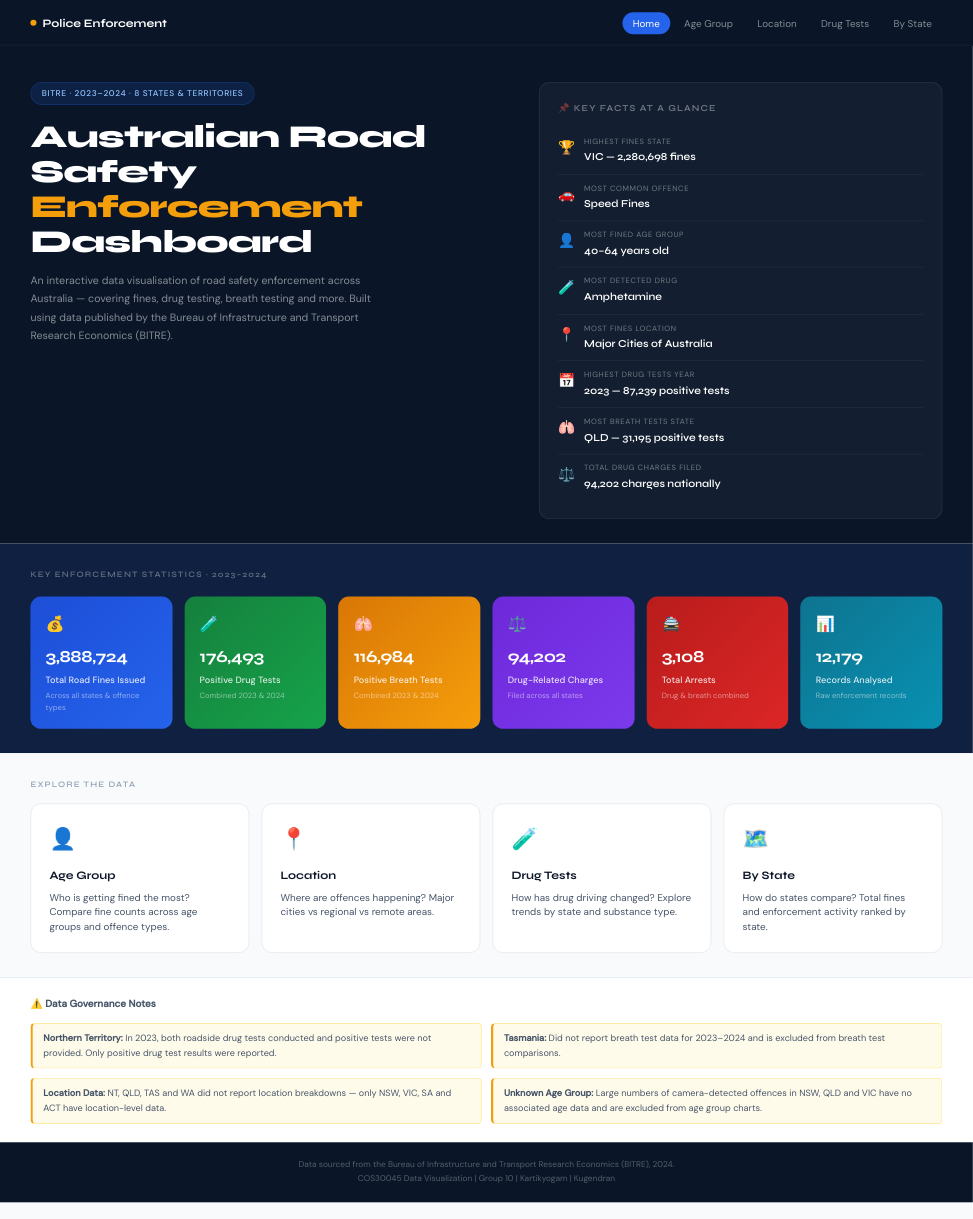
Repository: j26046183-hue/COS30045-GROUP-ASSIGNMENT
Page: index.html
An editor plug-in stored every save of this project. The page is shown before and after the next save, followed by the edit.
The browser window is 1280 px wide. The pictures show the whole page, at 76% of full size.

Above is the page before, as saved 2026-06-05 15:34:43.

After the next save:
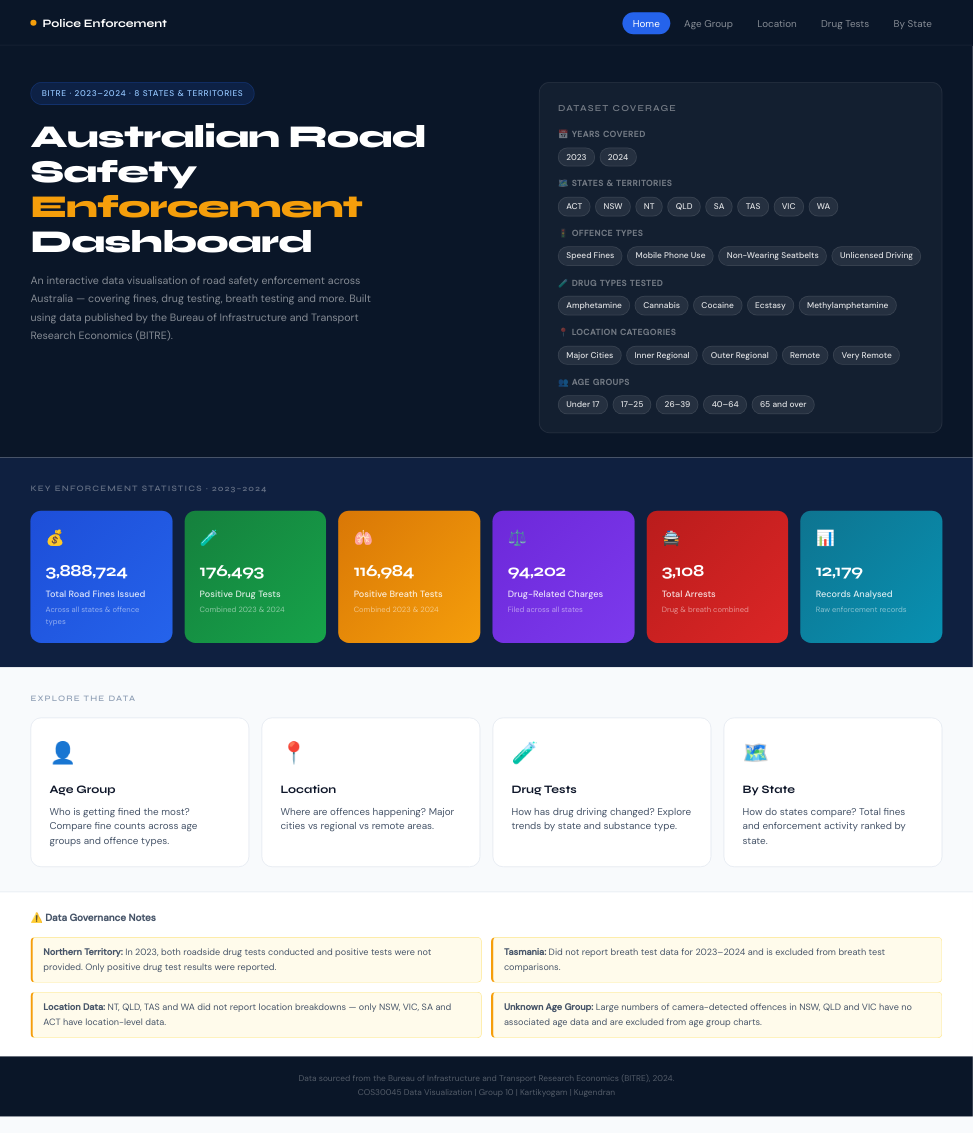
Saved 26 s later.
--- a/index.html
+++ b/index.html
@@ -37,69 +37,70 @@
             </div>
             <div class="home-hero-right">
                 <div class="data-coverage">
-                    <div class="coverage-title">📌 Key Facts at a Glance</div>
-
-                    <div class="key-fact">
-                        <span class="key-fact-icon">🏆</span>
-                        <div class="key-fact-content">
-                            <div class="key-fact-label">Highest Fines State</div>
-                            <div class="key-fact-value">VIC — 2,280,698 fines</div>
-                        </div>
-                    </div>
-
-                    <div class="key-fact">
-                        <span class="key-fact-icon">🚗</span>
-                        <div class="key-fact-content">
-                            <div class="key-fact-label">Most Common Offence</div>
-                            <div class="key-fact-value">Speed Fines</div>
-                        </div>
-                    </div>
-
-                    <div class="key-fact">
-                        <span class="key-fact-icon">👤</span>
-                        <div class="key-fact-content">
-                            <div class="key-fact-label">Most Fined Age Group</div>
-                            <div class="key-fact-value">40–64 years old</div>
-                        </div>
-                    </div>
-
-                    <div class="key-fact">
-                        <span class="key-fact-icon">🧪</span>
-                        <div class="key-fact-content">
-                            <div class="key-fact-label">Most Detected Drug</div>
-                            <div class="key-fact-value">Amphetamine</div>
-                        </div>
-                    </div>
-
-                    <div class="key-fact">
-                        <span class="key-fact-icon">📍</span>
-                        <div class="key-fact-content">
-                            <div class="key-fact-label">Most Fines Location</div>
-                            <div class="key-fact-value">Major Cities of Australia</div>
-                        </div>
-                    </div>
-
-                    <div class="key-fact">
-                        <span class="key-fact-icon">📅</span>
-                        <div class="key-fact-content">
-                            <div class="key-fact-label">Highest Drug Tests Year</div>
-                            <div class="key-fact-value">2023 — 87,239 positive tests</div>
-                        </div>
-                    </div>
-
-                    <div class="key-fact">
-                        <span class="key-fact-icon">🫁</span>
-                        <div class="key-fact-content">
-                            <div class="key-fact-label">Most Breath Tests State</div>
-                            <div class="key-fact-value">QLD — 31,195 positive tests</div>
-                        </div>
-                    </div>
-
-                    <div class="key-fact">
-                        <span class="key-fact-icon">⚖️</span>
-                        <div class="key-fact-content">
-                            <div class="key-fact-label">Total Drug Charges Filed</div>
-                            <div class="key-fact-value">94,202 charges nationally</div>
+                    <div class="coverage-title">Dataset Coverage</div>
+
+                    <div class="coverage-block">
+                        <div class="coverage-block-title">📅 Years Covered</div>
+                        <div class="coverage-tags">
+                            <span class="coverage-tag">2023</span>
+                            <span class="coverage-tag">2024</span>
+                        </div>
+                    </div>
+
+                    <div class="coverage-block">
+                        <div class="coverage-block-title">🗺️ States & Territories</div>
+                        <div class="coverage-tags">
+                            <span class="coverage-tag">ACT</span>
+                            <span class="coverage-tag">NSW</span>
+                            <span class="coverage-tag">NT</span>
+                            <span class="coverage-tag">QLD</span>
+                            <span class="coverage-tag">SA</span>
+                            <span class="coverage-tag">TAS</span>
+                            <span class="coverage-tag">VIC</span>
+                            <span class="coverage-tag">WA</span>
+                        </div>
+                    </div>
+
+                    <div class="coverage-block">
+                        <div class="coverage-block-title">🚦 Offence Types</div>
+                        <div class="coverage-tags">
+                            <span class="coverage-tag">Speed Fines</span>
+                            <span class="coverage-tag">Mobile Phone Use</span>
+                            <span class="coverage-tag">Non-Wearing Seatbelts</span>
+                            <span class="coverage-tag">Unlicensed Driving</span>
+                        </div>
+                    </div>
+
+                    <div class="coverage-block">
+                        <div class="coverage-block-title">🧪 Drug Types Tested</div>
+                        <div class="coverage-tags">
+                            <span class="coverage-tag">Amphetamine</span>
+                            <span class="coverage-tag">Cannabis</span>
+                            <span class="coverage-tag">Cocaine</span>
+                            <span class="coverage-tag">Ecstasy</span>
+                            <span class="coverage-tag">Methylamphetamine</span>
+                        </div>
+                    </div>
+
+                    <div class="coverage-block">
+                        <div class="coverage-block-title">📍 Location Categories</div>
+                        <div class="coverage-tags">
+                            <span class="coverage-tag">Major Cities</span>
+                            <span class="coverage-tag">Inner Regional</span>
+                            <span class="coverage-tag">Outer Regional</span>
+                            <span class="coverage-tag">Remote</span>
+                            <span class="coverage-tag">Very Remote</span>
+                        </div>
+                    </div>
+
+                    <div class="coverage-block">
+                        <div class="coverage-block-title">👥 Age Groups</div>
+                        <div class="coverage-tags">
+                            <span class="coverage-tag">Under 17</span>
+                            <span class="coverage-tag">17–25</span>
+                            <span class="coverage-tag">26–39</span>
+                            <span class="coverage-tag">40–64</span>
+                            <span class="coverage-tag">65 and over</span>
                         </div>
                     </div>
 
